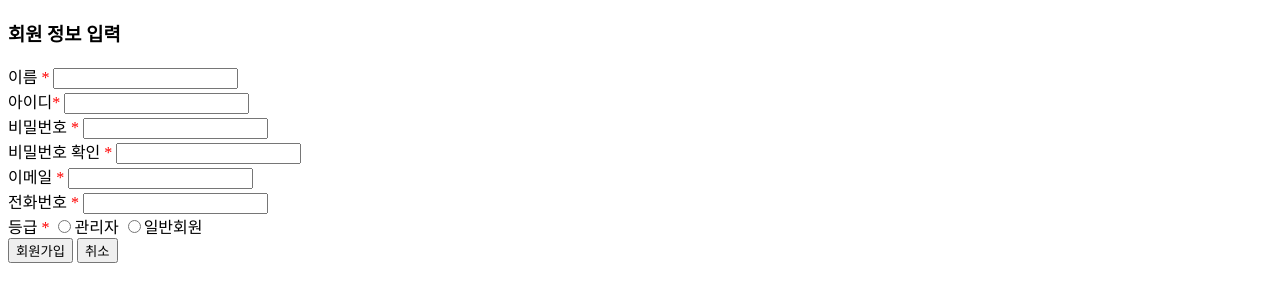
Repository: angwanghyeon/eclipse
Page: http://localhost/sec07/01_addMemberForm.jsp
These files come from the project's save history. The page is drawn as it stood at one moment and after the next save; the edit follows.
The browser window is 1280 px wide. The pictures show the whole page.
The page is served by Tomcat 9.

Above is the page before, as saved 2023-09-01 07:30:44.

After the next save:
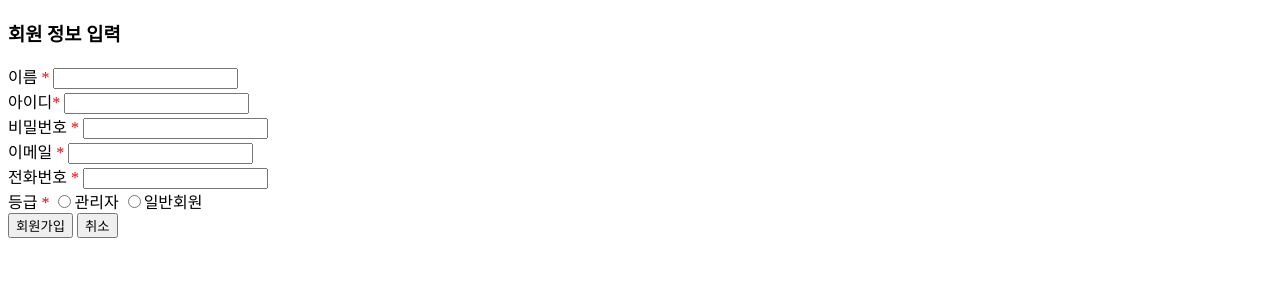
Saved 10 s later.
--- a/sec07/src/main/webapp/01_addMemberForm.jsp
+++ b/sec07/src/main/webapp/01_addMemberForm.jsp
@@ -21,9 +21,6 @@
 		<label for="pwd">비밀번호</label><span style="color:red;" > * </span>
 		<input type="password" id="pwd" name="pwd" required="required" ><br>
 
-		<label for="pwd">비밀번호 확인</label><span style="color:red;" > * </span>
-		<input type="password" id="pwd" name="pwd" required="required" ><br>
-
 		<label for="email">이메일</label><span style="color:red;" > * </span>
 		<input type="email"
 			id="email" name="email" required="required" ><br>
